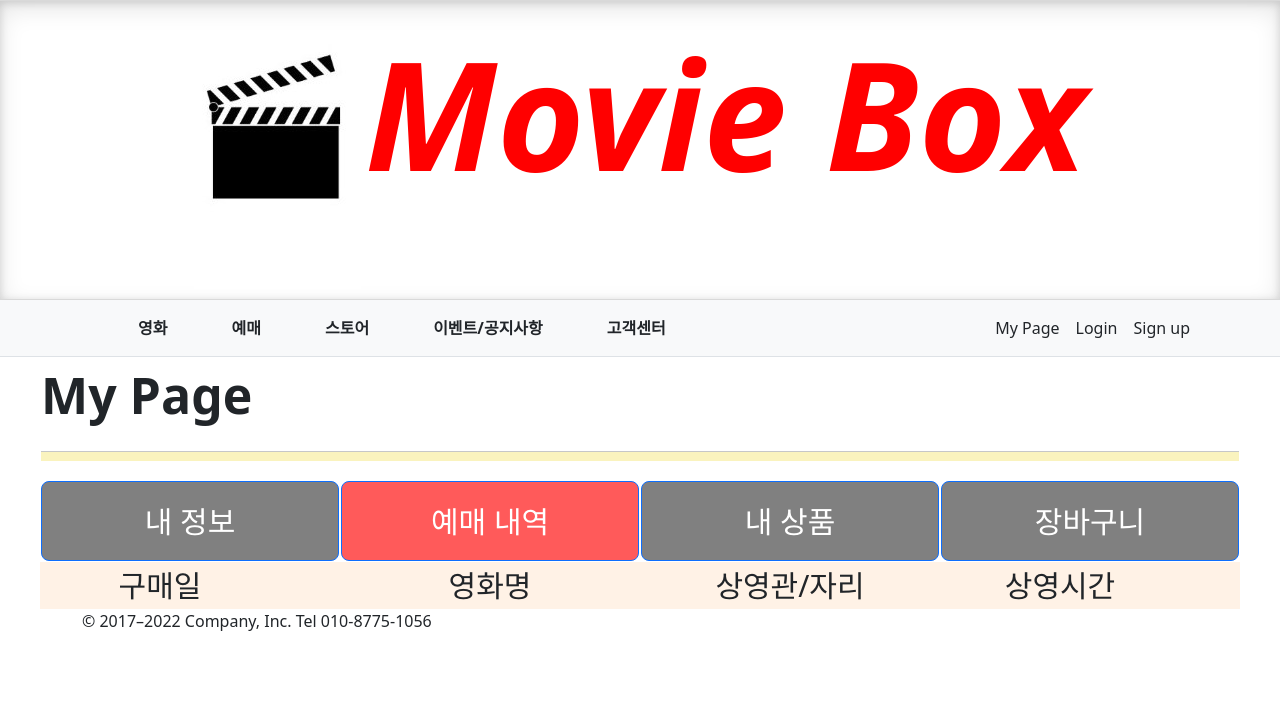
Repository: SpearManCN/MovieBox-2nd-Project-
Page: http://localhost/prj_01/WEB-INF/views/myPageBookList.jsp
These files come from the project's save history. The page is drawn as it stood at one moment and after the next save; the edit follows.
The browser window is 1280 px wide. The pictures show the whole page.
The page is served by Tomcat 9. Nobody is signed in. Other server files are loaded and not shown. The template is opened directly, without the code that normally fills it, so the values that code supplies are empty.

Above is the page before, as saved 2022-12-13 12:12:26.

### Second project/prj_01/src/main/webapp/WEB-INF/views/myPageBookList.jsp
<%@ page language="java" contentType="text/html; charset=UTF-8"
    pageEncoding="UTF-8"%>
        <%@taglib prefix="c" uri="http://java.sun.com/jsp/jstl/core" %>
<!DOCTYPE html>
<html>
<head>
<meta name="viewport" content="width=device-width, initial-scale=1">
<meta charset="UTF-8">
<link href="https://cdn.jsdelivr.net/npm/bootstrap@5.2.3/dist/css/bootstrap.min.css" rel="stylesheet" integrity="sha384-rbsA2VBKQhggwzxH7pPCaAqO46MgnOM80zW1RWuH61DGLwZJEdK2Kadq2F9CUG65" crossorigin="anonymous">

<script>
	function goMyPageHome(){document.goForm.action="/myPageHome.do";document.goForm.submit(); }
	function goMyPageBook(){document.goForm.action="/myPageBookList.do";document.goForm.submit(); }
	function goMyPageStore(){document.goForm.action="/myPageStoreList.do";document.goForm.submit(); }
	function goMyPageBasket(){document.goForm.action="/myPageBasket.do";document.goForm.submit(); }
	function goPwChange(){document.goForm.action="/myPagePwChange.do";document.goForm.submit(); }
</script>
















</head>
<body>
<%@include file="/WEB-INF/views/commonHeader.jsp" %>
<form name="goForm" method="post"></form>
<center>
<table width="1200px">
	<tr>
	<td align="left"><span style="font-size:50px; font-weight:bold;">My Page</span>
	<tr>
	<td><hr style="height:10px; background-color:#EDD200;">
	<tr>
	<td align="right">
</table>
</center>
<table align="center" width="1200px">
	<tr>
	<td width="220px"><button onclick="goMyPageHome();" type="button" class="btn btn-primary btn-lg" style="width:100%; height:80px; background-color:gray;">
	<span style="font-size:30px; ">내 정보</span></button></td>

	<td width="220px"><button onclick="goMyPageBook();" type="button" class="btn btn-primary btn-lg" style="width:100%; height:80px; background-color:#FF5A5A;">
	<span style="font-size:30px; font-weight:;">예매 내역</span></button></td>

	<td width="220px"><button onclick="goMyPageStore();" type="button" class="btn btn-primary btn-lg" style="width:100%; height:80px; background-color:gray;">
	<span style="font-size:30px; font-weight:;">내 상품</span></button></td>

	<td width="220px"><button onclick="goMyPageBasket();" type="button" class="btn btn-primary btn-lg" style="width:100%; height:80px; background-color:gray;">
	<span style="font-size:30px; font-weight:;">장바구니</span></button></td>
	</tr>
	<tr>
	</tr>

</table>


<table align="center" width="1200px">
<tr style="background-color:#FFF2E6;">
<td width="20%" align="center" style="font-size:30px;">구매일</td>
<td width="35%" align="center" style="font-size:30px;">영화명</td>
<td width="15%" align="center" style="font-size:30px;">상영관/자리</td>
<td width="30%" align="center" style="font-size:30px;">상영시간</td>

</table>



<%@include file="/WEB-INF/views/commonFooter.jsp" %>
</body>
</html>

### Second project/prj_01/src/main/webapp/WEB-INF/views/commonHeader.jsp
<%@ page language="java" contentType="text/html; charset=UTF-8"
    pageEncoding="UTF-8"%>



<script src="/js/jquery-1.11.0.min.js"></script>
<script>
function goLogin(){document.commonForm.action="/loginForm.do";document.commonForm.submit(); }
function goLoginJoin(){document.commonForm.action="/loginJoinForm.do";document.commonForm.submit();}
function goMyPage(){document.commonForm.action="/myPageHome.do";document.commonForm.submit(); }
function goMainForm(){document.commonForm.action="/mainForm.do";document.commonForm.submit(); }
</script>

<form name="commonForm" method="post"></form>
<div style="height:300px; background-color: white; border-width: 1px 0;
        box-shadow: inset 0 .5em 1.5em rgba(0, 0, 0, .1), inset 0 .125em .5em rgba(0, 0, 0, .15);         border: solid rgba(0, 0, 0, .15);
        border-width: 1px 0;" class="b-example-divider" align="center" >

 <span style="cursor:pointer" onclick="goMainForm();"><img src="resources/img/movieBox2.jpg" >
 <Span  style="font-size: 150px; color:red; font-weight: bold ; font-style: italic;" >Movie Box</Span>

 </span></div>

  <nav class="py-2 bg-light border-bottom">
    <div class="container d-flex flex-wrap">
      <ul class="nav me-auto">
      <li class="nav-item">&emsp;&emsp;&emsp;</li>
        <li class="nav-item"><a href="movieHome.do" class="nav-link link-dark px-2 active" aria-current="page" style="font-weight: bold ;" >영화</a></li>
         <li class="nav-item">&emsp;&emsp;&emsp;</li>
        <li class="nav-item"><a href="reserveForm.do" class="nav-link link-dark px-2" style="font-weight: bold ;">예매</a></li>
         <li class="nav-item">&emsp;&emsp;&emsp;</li>
        <li class="nav-item"><a href="/storeForm.do" class="nav-link link-dark px-2" style="font-weight: bold ;">스토어</a></li>
         <li class="nav-item">&emsp;&emsp;&emsp;</li>
        <li class="nav-item"><a href="/eventForm.do" class="nav-link link-dark px-2" style="font-weight: bold ;">이벤트/공지사항</a></li>
          <li class="nav-item">&emsp;&emsp;&emsp;</li>
        <li class="nav-item"><a href="/qnaForm.do" class="nav-link link-dark px-2" style="font-weight: bold ;">고객센터</a></li>

       </ul>
      <ul class="nav">
      <li class="nav-item"><span class="nav-link link-dark px-2" style="cursor:pointer" onclick="goMyPage();">My Page</span></li>
        <li class="nav-item"><span class="nav-link link-dark px-2" style="cursor:pointer" onclick="goLogin();">Login</span></li>
        <li class="nav-item"><span class="nav-link link-dark px-2" style="cursor:pointer" onclick="goLoginJoin();">Sign up</span></li>
      </ul>
    </div>
  </nav>

### Second project/prj_01/src/main/webapp/WEB-INF/views/commonFooter.jsp
<%@ page language="java" contentType="text/html; charset=UTF-8"
    pageEncoding="UTF-8"%>
<!--====================================================================-->
  <footer class="container">
    <p class="float-end"></p>
    <p>&copy; 2017–2022 Company, Inc. Tel 010-8775-1056 </p>
  </footer>

<script src="https://cdn.jsdelivr.net/npm/bootstrap@5.2.3/dist/js/bootstrap.bundle.min.js" integrity="sha384-kenU1KFdBIe4zVF0s0G1M5b4hcpxyD9F7jL+jjXkk+Q2h455rYXK/7HAuoJl+0I4" crossorigin="anonymous"></script>

Loaded but not shown: Second project/prj_01/src/main/resources/static/js/jquery-1.11.0.min.js (library)

After the next save:
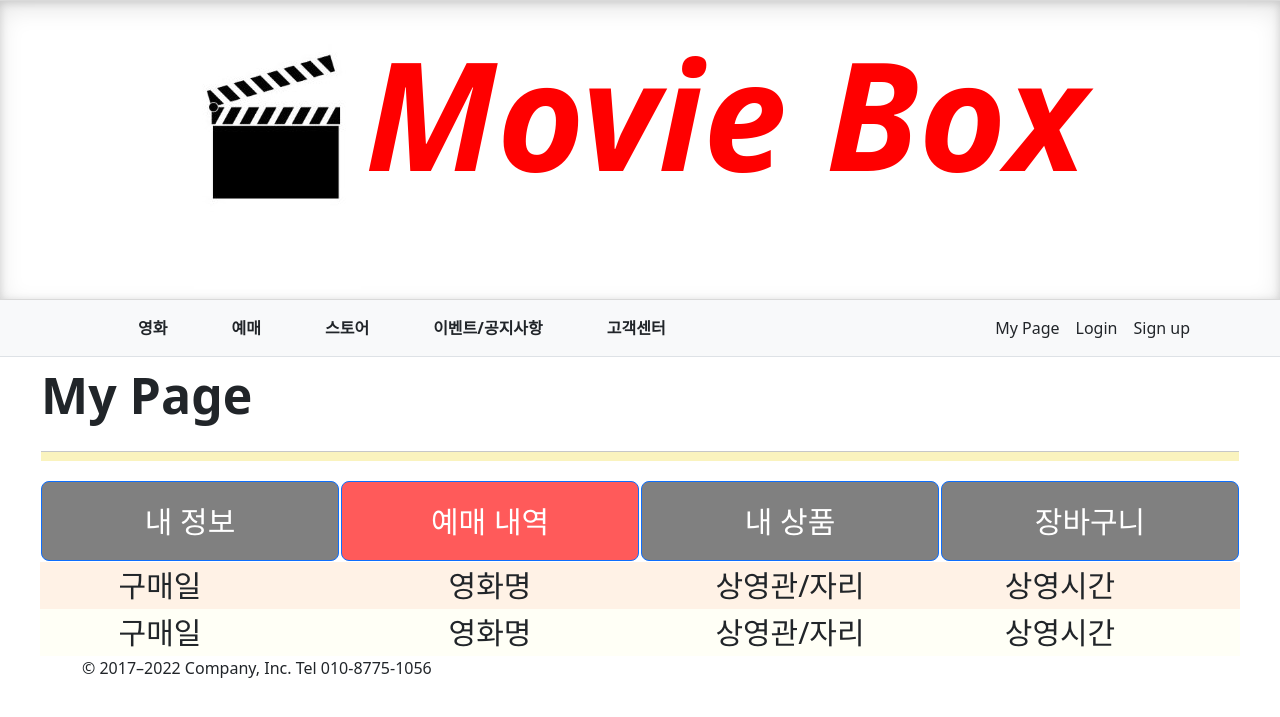
Saved 2 min 20 s later.
--- a/Second project/prj_01/src/main/webapp/WEB-INF/views/myPageBookList.jsp
+++ b/Second project/prj_01/src/main/webapp/WEB-INF/views/myPageBookList.jsp
@@ -72,6 +72,13 @@
 <td width="15%" align="center" style="font-size:30px;">상영관/자리</td>
 <td width="30%" align="center" style="font-size:30px;">상영시간</td>
 
+
+<tr style="background-color:#FFFFF6;">
+<td width="20%" align="center" style="font-size:30px;">구매일</td>
+<td width="35%" align="center" style="font-size:30px;">영화명</td>
+<td width="15%" align="center" style="font-size:30px;">상영관/자리</td>
+<td width="30%" align="center" style="font-size:30px;">상영시간</td>
+
 </table>
 
 
